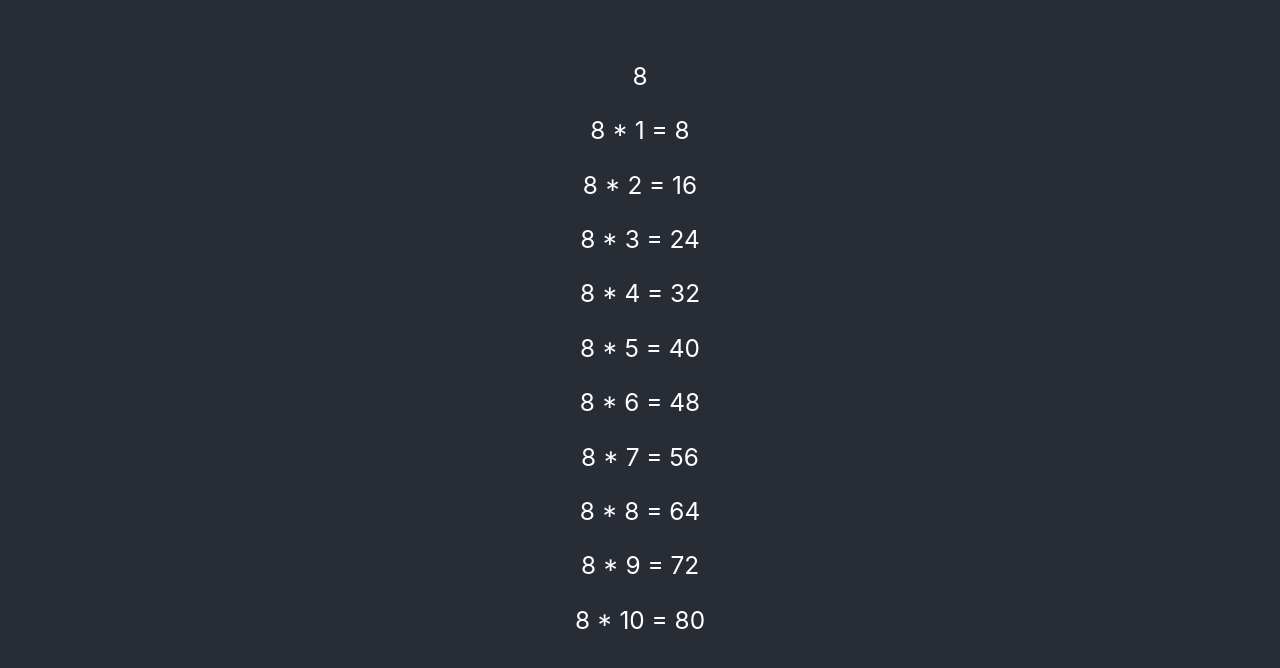
Repository: atulbihari94/react-learning
Page: / (app in my-app/my-app/)
An editor plug-in stored every save of this project. The page is shown before and after the next save, followed by the edit.
The browser window is 1280 px wide. The pictures show the whole page.
The project was rebuilt for these pictures with package versions that can differ from the ones it lists, and the page was loaded fresh each time.

Above is the page before, as saved 2019-09-20 13:45:47.

### my-app/my-app/src/App.js
import React from 'react';
import './App.css';
import PrintTable from './Print-table'

function App() {
  return (
    <div className="App">
      <header className="App-header">
      <PrintTable table = {8} length = {10}/>
      </header>
    </div>
  );
}

export default App;

### my-app/my-app/src/Print-table.js
import React from 'react';
const helloWorld = (props) => {
    const fromOneToTen = [1,2,3,4,5,6,7,8,9,10].map( element => {
        return <p>{props.table} * {element} = {props.table * element}</p>
    });
    return <div>{props.title } {props.table} {fromOneToTen} </div>
}

export default helloWorld ;

Loaded but not shown: my-app/my-app/public/index.html (common file); my-app/my-app/src/index.js (common file); my-app/my-app/src/index.css (common file); my-app/my-app/src/serviceWorker.js (common file); my-app/my-app/src/App.css (common file)

After the next save:
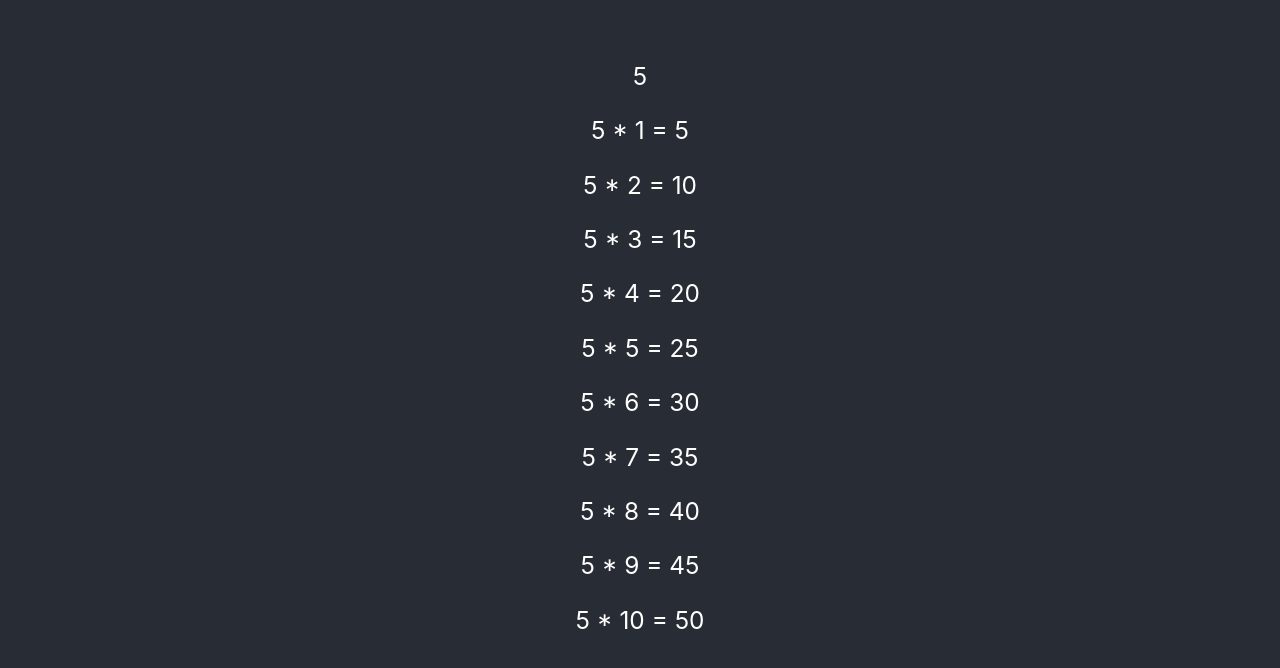
Saved 13 min 25 s later.
--- a/my-app/my-app/src/App.js
+++ b/my-app/my-app/src/App.js
@@ -6,7 +6,7 @@ function App() {
   return (
     <div className="App">
       <header className="App-header">
-      <PrintTable table = {8} length = {10}/>
+      <PrintTable table = {5} length = {10}/>
       </header>
     </div>
   );
